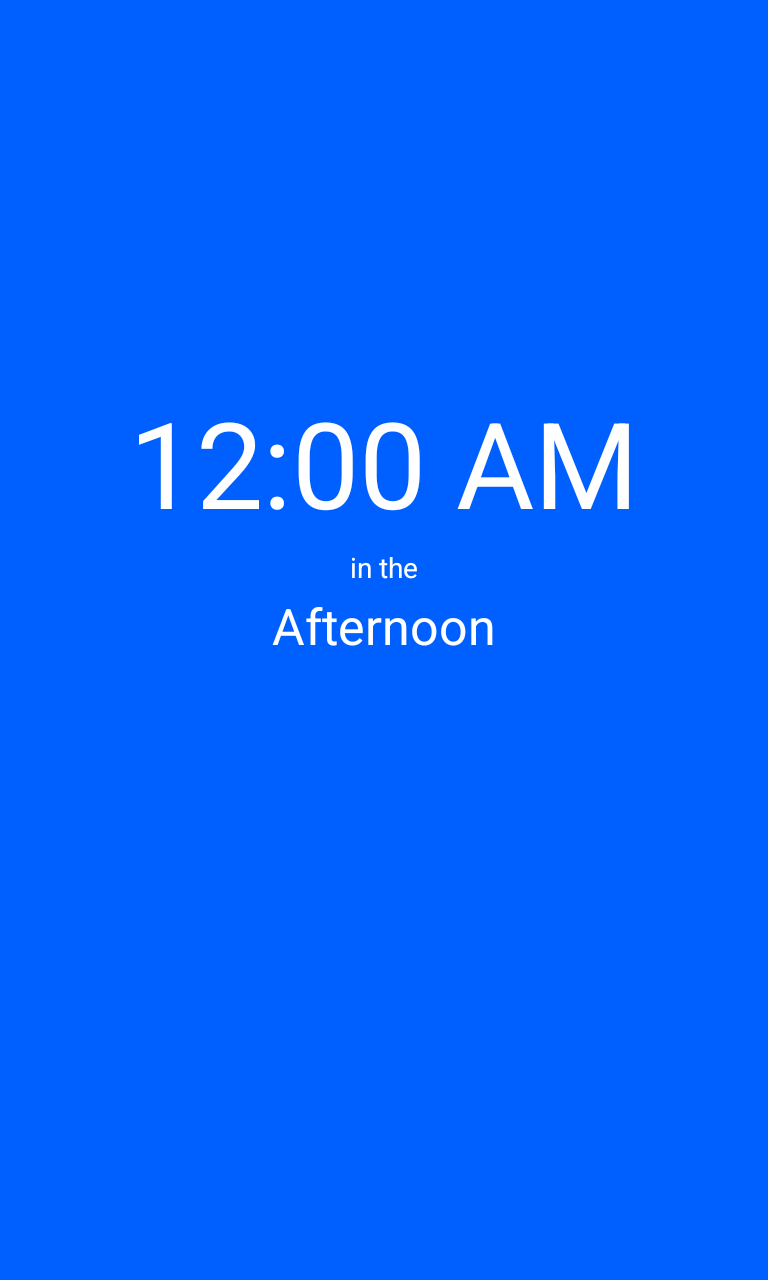
Repository: DinkyDetailsLLC/ADP2
Layout: WakeTimerforKids/res/layout/activity_main.xml
The author's editor kept a copy of each file at every save. The layout is drawn from the files as they stood at one save, then again after the next save.
It is drawn on a 768 x 1280 px phone screen (xhdpi) without system bars, with theme AppTheme; the app's code is not run.

Above is the layout before, as saved 2014-02-12 05:44:56.

### WakeTimerforKids/res/layout/activity_main.xml
<RelativeLayout xmlns:android="http://schemas.android.com/apk/res/android"
    xmlns:tools="http://schemas.android.com/tools"
    android:layout_width="match_parent"
    android:layout_height="match_parent"
    android:background="@color/blue"
    android:paddingBottom="@dimen/activity_vertical_margin"
    android:paddingLeft="@dimen/activity_horizontal_margin"
    android:paddingRight="@dimen/activity_horizontal_margin"
    android:paddingTop="@dimen/activity_vertical_margin"
    tools:context=".MainActivity" >

        <TextClock
        android:id="@+id/textclock1"
        android:layout_width="wrap_content"
        android:layout_height="wrap_content"
        android:layout_centerHorizontal="true"
        android:layout_marginTop="175dp"
        android:textColor="@color/white"
        android:textSize="60sp"
        android:text="@string/clock" />

        <TextView
        android:id="@+id/smallClockText"
        android:layout_width="wrap_content"
        android:layout_height="wrap_content"
        android:layout_below="@id/textclock1"
        android:layout_centerInParent="true"
        android:layout_marginTop="3dp"
        android:textColor="@color/white"
        android:text="@string/smallClockText"
        />
        <TextView
        android:id="@+id/largeClockText"
        android:layout_width="wrap_content"
        android:layout_height="wrap_content"
        android:layout_below="@id/smallClockText"
        android:layout_centerInParent="true"
        android:layout_marginTop="3dp"
        android:textColor="@color/white"
        android:textSize="25sp"
        android:text="@string/largeClockText"
        />


</RelativeLayout>

### WakeTimerforKids/res/values/color.xml
<?xml version="1.0" encoding="utf-8"?>
<resources>
   <color name="white">#ffffff</color>
   <color name="black">#000000</color>
   <color name="blue">#0060ff</color>

</resources>

### WakeTimerforKids/res/values/strings.xml
<?xml version="1.0" encoding="utf-8"?>
<resources>

    <string name="app_name">WakeTimerforKids</string>
    <string name="action_settings">Settings</string>
    <string name="hello_world">Hello world!</string>
 	<string name="clock">Clock</string>
 	<string name="smallClockText">in the</string>
 	<string name="largeClockText">Afternoon</string>

</resources>

Loaded but not shown: WakeTimerforKids/res/values/styles.xml (common file); WakeTimerforKids/res/values-v11/styles.xml (common file); WakeTimerforKids/res/values-v14/styles.xml (common file); WakeTimerforKids/res/values/dimens.xml (common file)

After the next save:
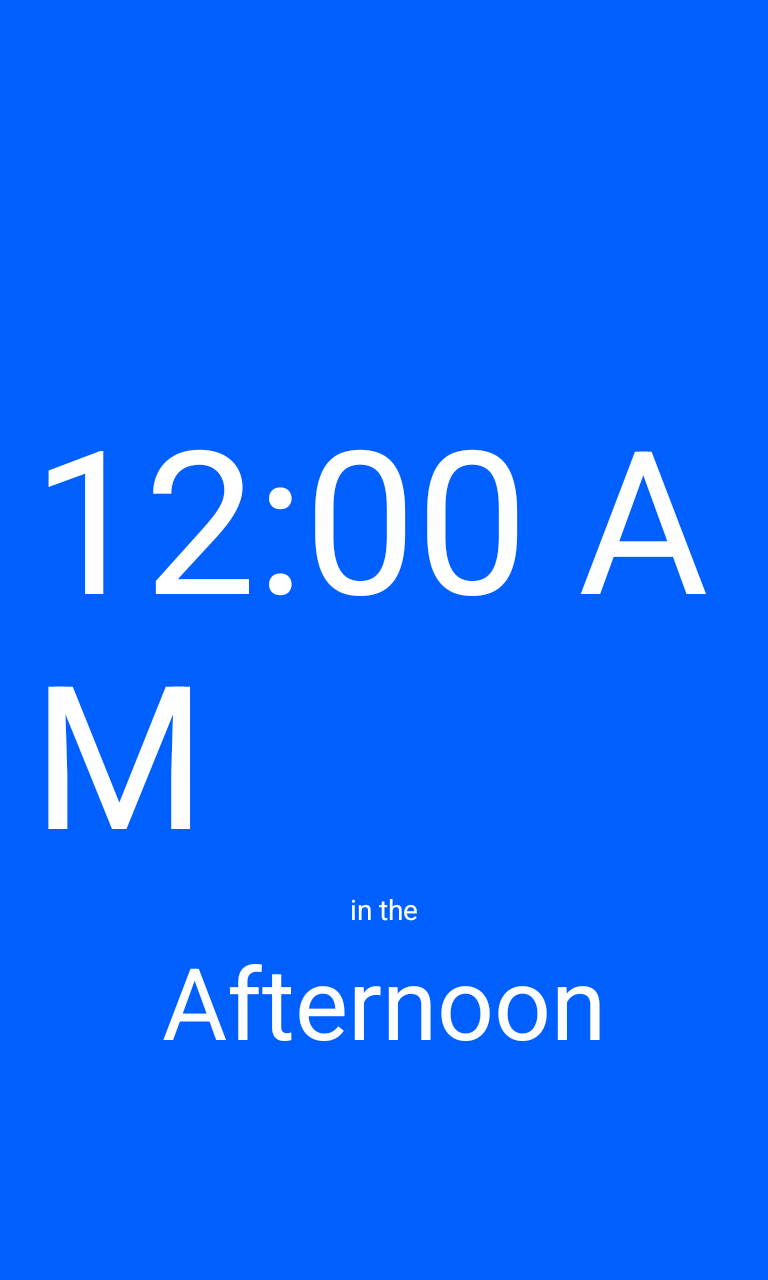
Saved 18 s later.
--- a/WakeTimerforKids/res/layout/activity_main.xml
+++ b/WakeTimerforKids/res/layout/activity_main.xml
@@ -16,7 +16,7 @@
         android:layout_centerHorizontal="true"
         android:layout_marginTop="175dp"
         android:textColor="@color/white"
-        android:textSize="60sp"
+        android:textSize="100sp"
         android:text="@string/clock" />
 
         <TextView
@@ -37,7 +37,7 @@
         android:layout_centerInParent="true"
         android:layout_marginTop="3dp"
         android:textColor="@color/white"
-        android:textSize="25sp"
+        android:textSize="50sp"
         android:text="@string/largeClockText"
         />
 
